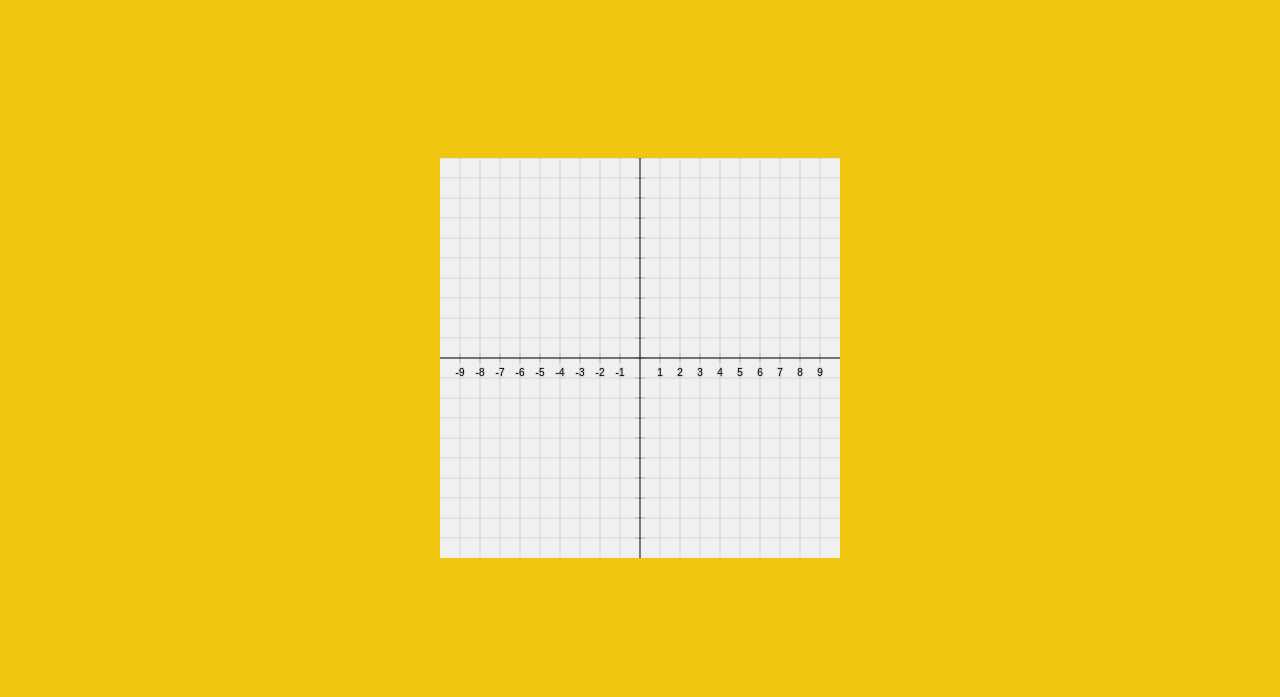
Repository: animarcus/graphing-app
Page: index.html
An editor plug-in stored every save of this project. The page is shown before and after the next save, followed by the edit.
The browser window is 1280 px wide. The pictures show the whole page.
Some web libraries are served in a nearby version.

Above is the page before, as saved 2020-09-26 19:51:13.

After the next save:
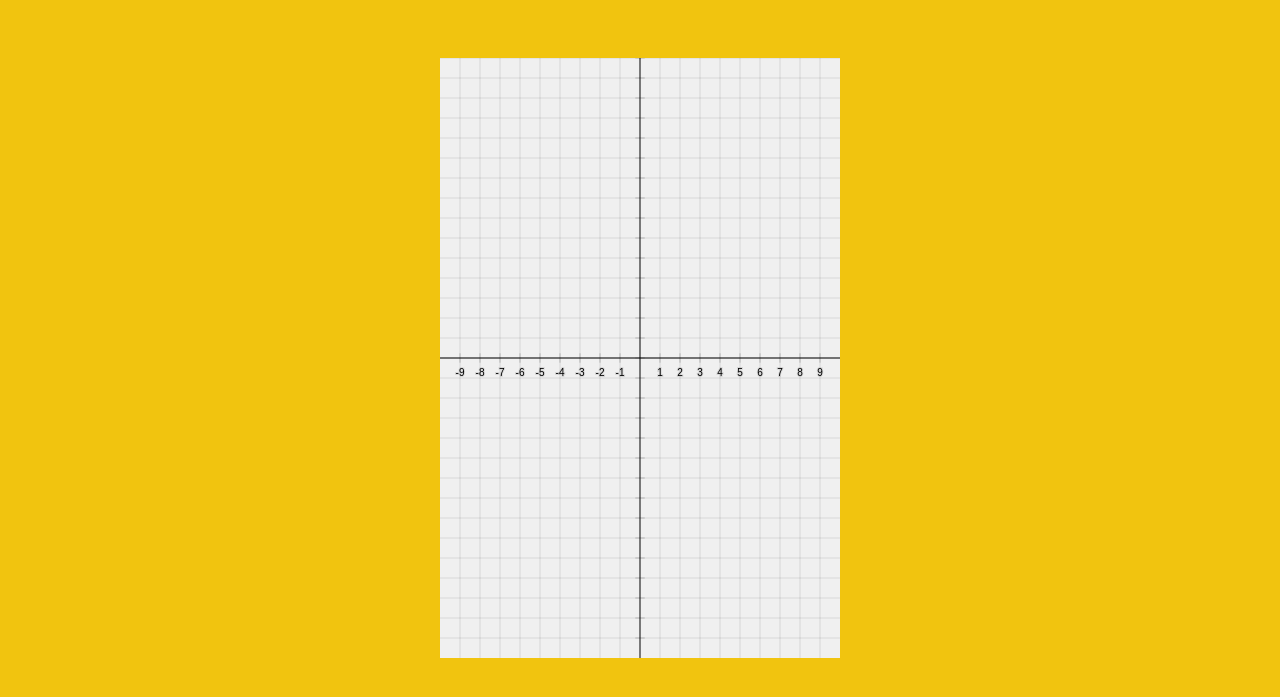
Saved 4 s later.
--- a/js/sketch.js
+++ b/js/sketch.js
@@ -1,6 +1,6 @@
 
 let canvasW = 400;
-let canvasH = 400;
+let canvasH = 600;
 let cellW = 20;
 
 function setup() {
